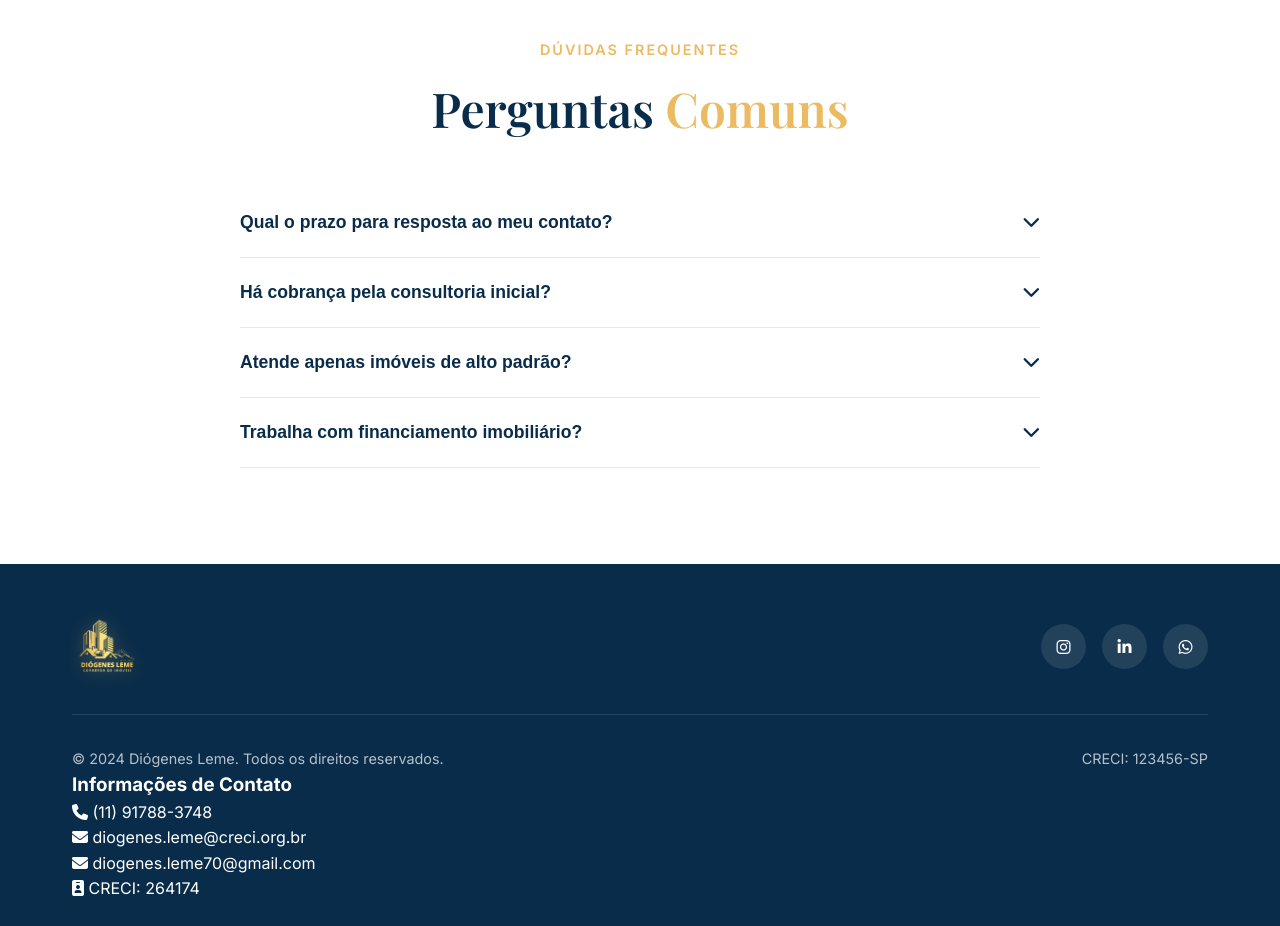
Repository: MichelAlmeida1990/Projeto-Imobiliaria
Page: contato.html
An editor plug-in stored every save of this project. The page is shown before and after the next save, followed by the edit.
The browser window is 1280 px wide. The pictures show the part of the page from y = 3095 to 4047 px (the page is 4021 px tall before and 4047 px after).

Above is the page before, as saved 2025-07-03 12:43:49.

After the next save:
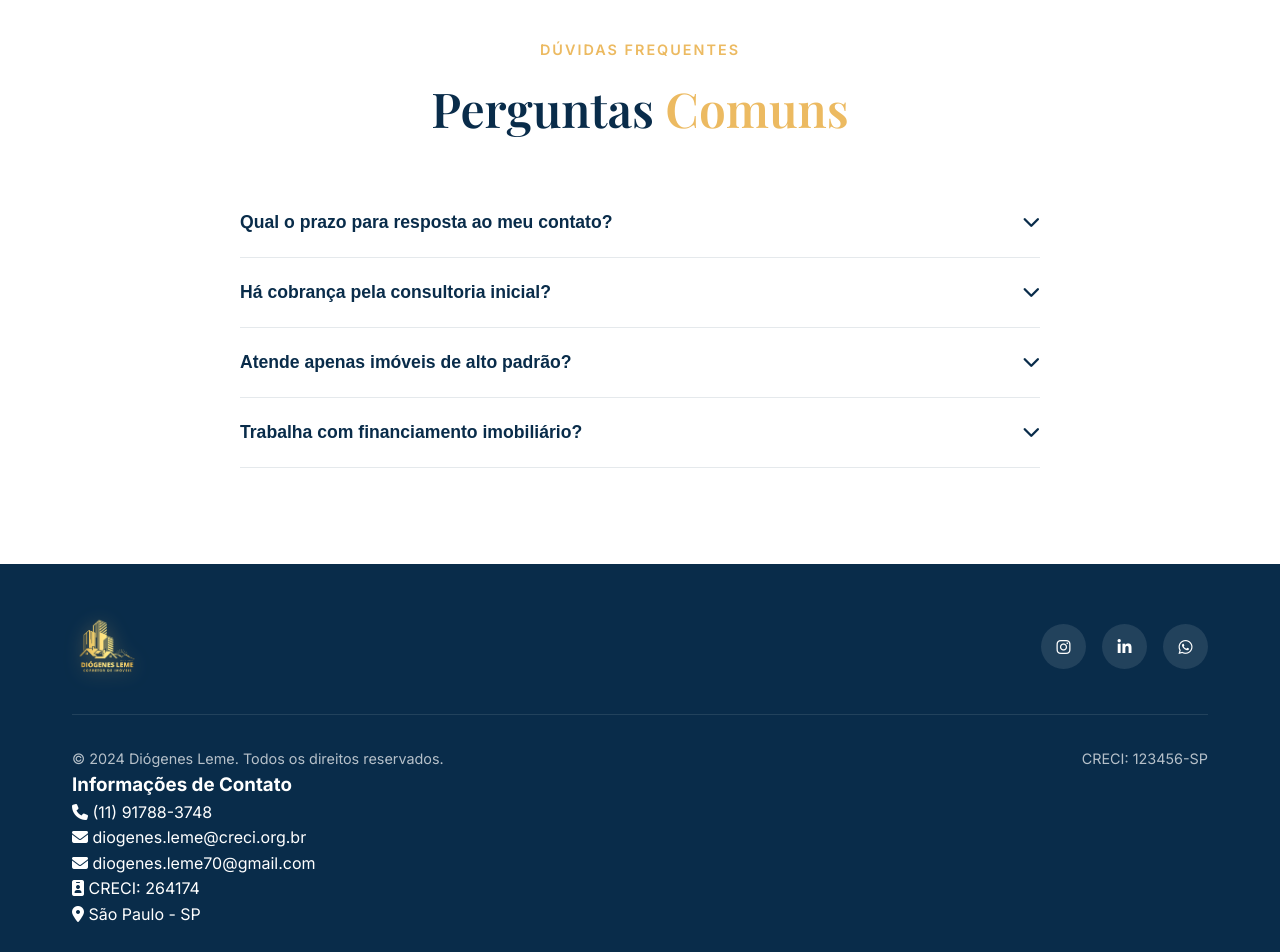
Saved 13 s later.
--- a/contato.html
+++ b/contato.html
@@ -387,6 +387,10 @@
                         <i class="fas fa-id-badge footer__icon"></i>
                         <span>CRECI: 264174</span>
                     </li>
+                    <li class="footer__item">
+                        <i class="fas fa-map-marker-alt footer__icon"></i>
+                        <span>São Paulo - SP</span>
+                    </li>
                 </ul>
             </div>
         </div>
